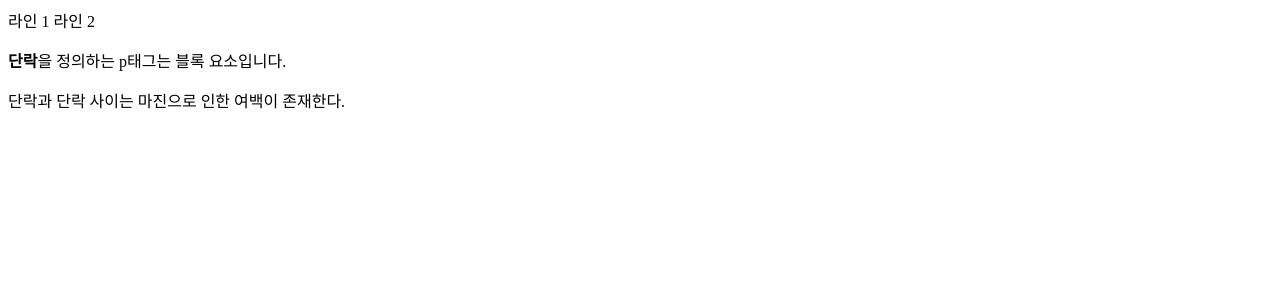
Repository: masima305/html_study
Page: Ex_1220/WebContent/day1/block_inline.html
These files come from the project's save history. The page is drawn as it stood at one moment and after the next save; the edit follows.
The browser window is 1280 px wide. The pictures show the whole page.

Above is the page before, as saved 2017-12-20 02:58:34.

### Ex_1220/WebContent/day1/block_inline.html
<!DOCTYPE html>
<html>
	<head>
		<meta charset="UTF-8">
		<title>블록 요소와 인라인 요소</title>
	</head>
	<body>
		라인 1
		라인 2
		<p><b>단락</b>을 정의하는 p태그는 블록 요소입니다.</p>
		<p>단락과 단락 사이는 마진으로 인한 여백이 존재한다.</p>


	</body>
</html>

After the next save:
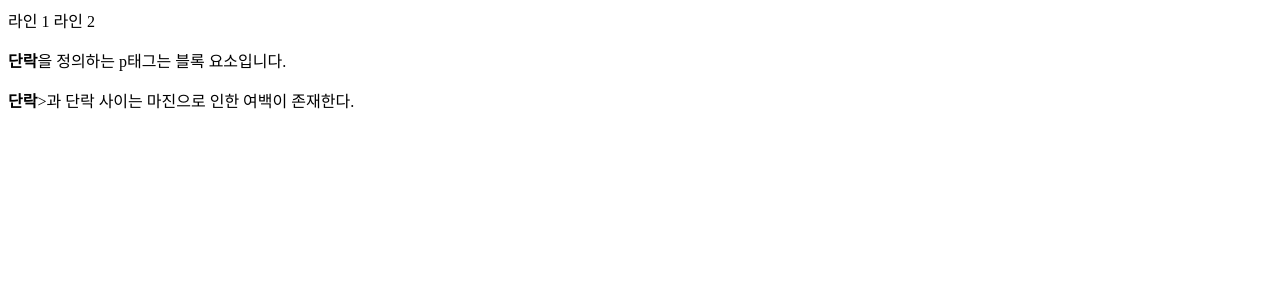
Saved 2 min 30 s later.
--- a/Ex_1220/WebContent/day1/block_inline.html
+++ b/Ex_1220/WebContent/day1/block_inline.html
@@ -7,8 +7,13 @@
 	<body>
 		라인 1
 		라인 2
+
+
 		<p><b>단락</b>을 정의하는 p태그는 블록 요소입니다.</p>
-		<p>단락과 단락 사이는 마진으로 인한 여백이 존재한다.</p>
+
+		<p><strong>단락</strong>>과 단락 사이는 마진으로 인한 여백이 존재한다.</p>
+
+
 
 
 	</body>
